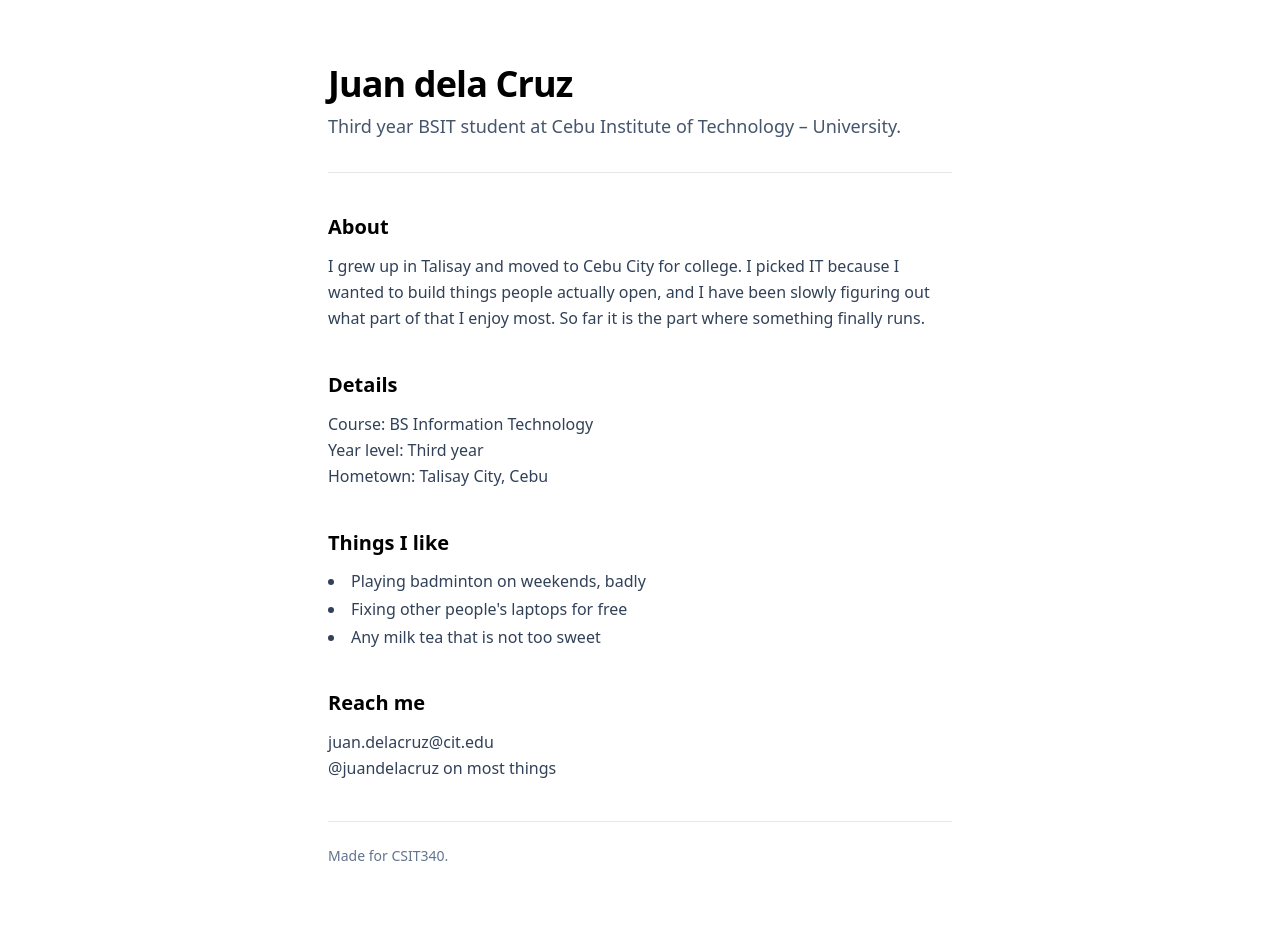
Repository: nicole-galan/CSIT340-Lab1-Galan
Page: /
An editor plug-in stored every save of this project. The page is shown before and after the next save, followed by the edit.
The browser window is 1280 px wide. The pictures show the whole page.
The project was rebuilt for these pictures with package versions that can differ from the ones it lists, and the page was loaded fresh each time. Also part of the build but not shown: vite.config.js.

Above is the page before, as saved 2026-09-04 16:35:56.

### index.html
<!doctype html>
<html lang="en">
  <head>
    <meta charset="UTF-8" />
    <link rel="icon" type="image/svg+xml" href="/favicon.svg" />
    <meta name="viewport" content="width=device-width, initial-scale=1.0" />
    <title>csit340-lab1</title>
  </head>
  <body>
    <div id="root"></div>
    <script type="module" src="/src/main.jsx"></script>
  </body>
</html>

### src/App.jsx
function App() {
  return (
    <>
      <header className="mx-auto px-6 pt-16 max-w-2xl">
        <h1 className="text-4xl font-semibold tracking-tight mb-2">Juan dela Cruz</h1>
        <p className="text-lg text-slate-600">
          Third year BSIT student at Cebu Institute of Technology – University.
        </p>
        <hr className="mt-8 border-gray-200" />
      </header>

      <main className="max-w-2xl mx-auto px-6 py-10">
        <section className="mb-10">
          <h2 className="text-xl font-semibold mb-3">About</h2>
          <p className="leading-relaxed text-slate-700">
            I grew up in Talisay and moved to Cebu City for college. I picked IT
            because I wanted to build things people actually open, and I have been
            slowly figuring out what part of that I enjoy most. So far it is the
            part where something finally runs.
          </p>
        </section>

        <section className="mb-10">
          <h2 className="text-xl font-semibold mb-3">Details</h2>
          <p className="leading-relaxed text-slate-700">
            Course: BS Information Technology
            <br />
            Year level: Third year
            <br />
            Hometown: Talisay City, Cebu
          </p>
        </section>

        <section className="mb-10">
          <h2 className="text-xl font-semibold mb-3">Things I like</h2>
          <ul className="list-disc list-inside space-y-1 text-slate-700">
            <li>Playing badminton on weekends, badly</li>
            <li>Fixing other people's laptops for free</li>
            <li>Any milk tea that is not too sweet</li>
          </ul>
        </section>

        <section>
          <h2 className="text-xl font-semibold mb-3">Reach me</h2>
          <p className="leading-relaxed text-slate-700">
            juan.delacruz@cit.edu
            <br />
            @juandelacruz on most things
          </p>
        </section>
      </main>

      <section className="max-w-2xl mx-auto px-6 pb-16">
        <hr className="mb-6 border-slate-200" />
        <p className="text-sm text-slate-500">Made for CSIT340.</p>
      </section>
    </>
  )
}

export default App

Loaded but not shown: src/main.jsx (common file); src/index.css (common file)

After the next save:
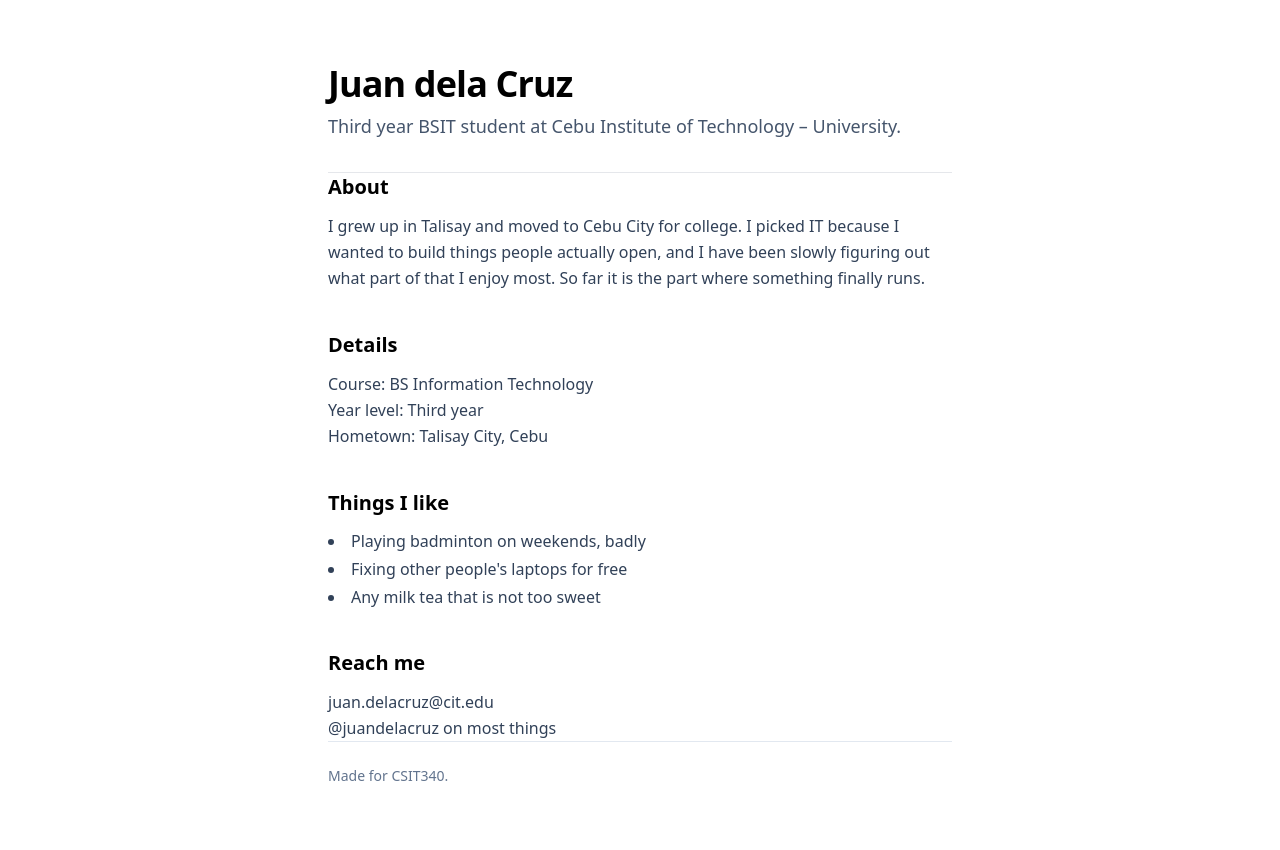
Saved 88 s later.
--- a/src/App.jsx
+++ b/src/App.jsx
@@ -9,7 +9,7 @@
         <hr className="mt-8 border-gray-200" />
       </header>
 
-      <main className="max-w-2xl mx-auto px-6 py-10">
+      <main className="max-w-2xl mx-auto px-6">
         <section className="mb-10">
           <h2 className="text-xl font-semibold mb-3">About</h2>
           <p className="leading-relaxed text-slate-700">

After the save that followed:
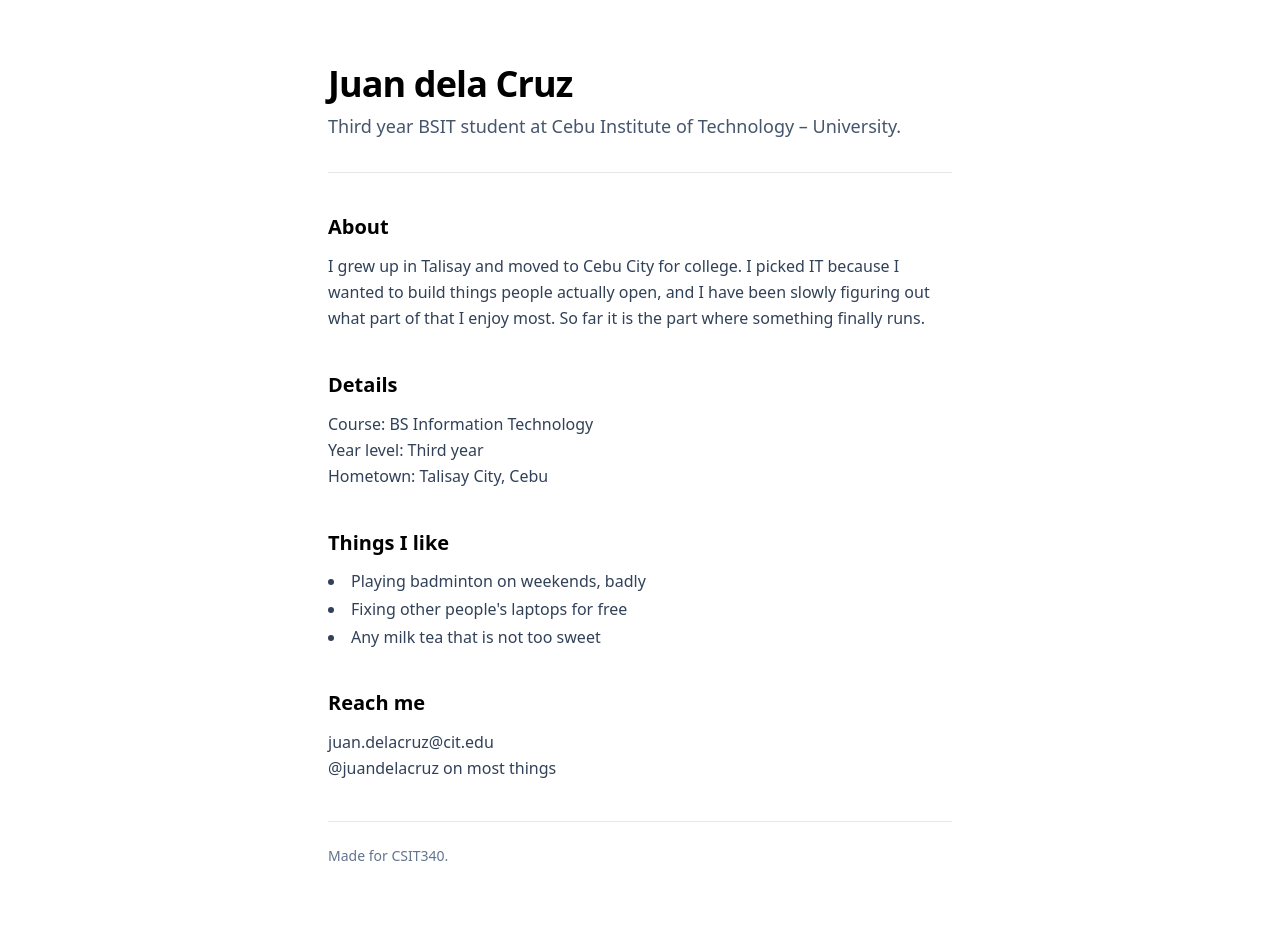
Saved 10 s later.
--- a/src/App.jsx
+++ b/src/App.jsx
@@ -9,7 +9,7 @@
         <hr className="mt-8 border-gray-200" />
       </header>
 
-      <main className="max-w-2xl mx-auto px-6">
+      <main className="max-w-2xl mx-auto px-6 py-10">
         <section className="mb-10">
           <h2 className="text-xl font-semibold mb-3">About</h2>
           <p className="leading-relaxed text-slate-700">
